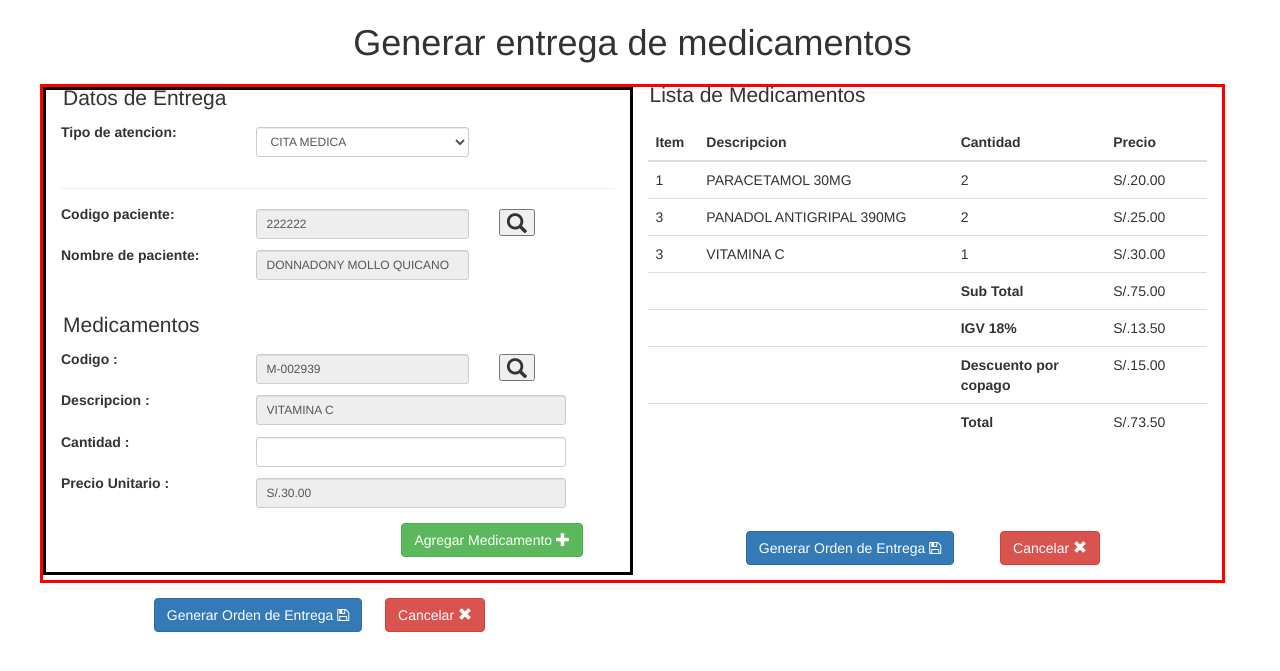
Repository: Donyx10/ADSII-ProyectoClinica
Page: http://localhost/AvanceWeb/GenerarOrdenDeEntregaDeMedicamentos2.jsp
The author's editor kept a copy of each file at every save. The page is drawn from the files as they stood at one save, then again after the next save.
The browser window is 1280 px wide. The pictures show the whole page.
Some web fonts or font styles are not loaded; a fallback is used. The page is served by Tomcat 9.

Above is the page before, as saved 2018-06-07 16:40:09.

After the next save:
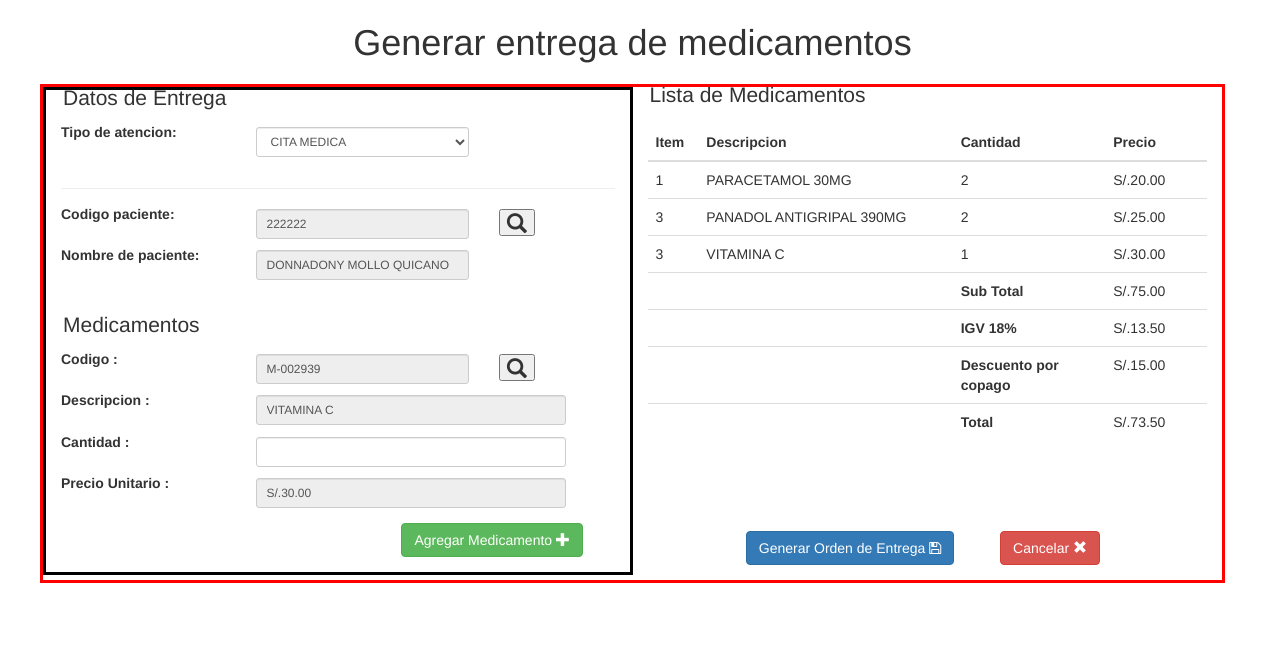
Saved 26 s later.
--- a/WebDemo/AvanceWeb/WebContent/GenerarOrdenDeEntregaDeMedicamentos2.jsp
+++ b/WebDemo/AvanceWeb/WebContent/GenerarOrdenDeEntregaDeMedicamentos2.jsp
@@ -275,20 +275,6 @@
 
 
 			</div>
-
-			<div class="form-group row" id="botones">
-				<div class="col-md-1" align="center"></div>
-				<div class="col-md-2" align="center">
-					<button type="submit" class="btn btn-primary">
-						Generar Orden de Entrega <i class="fa fa-save"></i>
-					</button>
-				</div>
-				<div class="col-md-2" align="center">
-					<button type="submit" class="btn btn-danger">
-						Cancelar <span class="glyphicon glyphicon-remove"></span>
-					</button>
-				</div>
-			</div>
 	</div>
 	</form>
 	</div>
